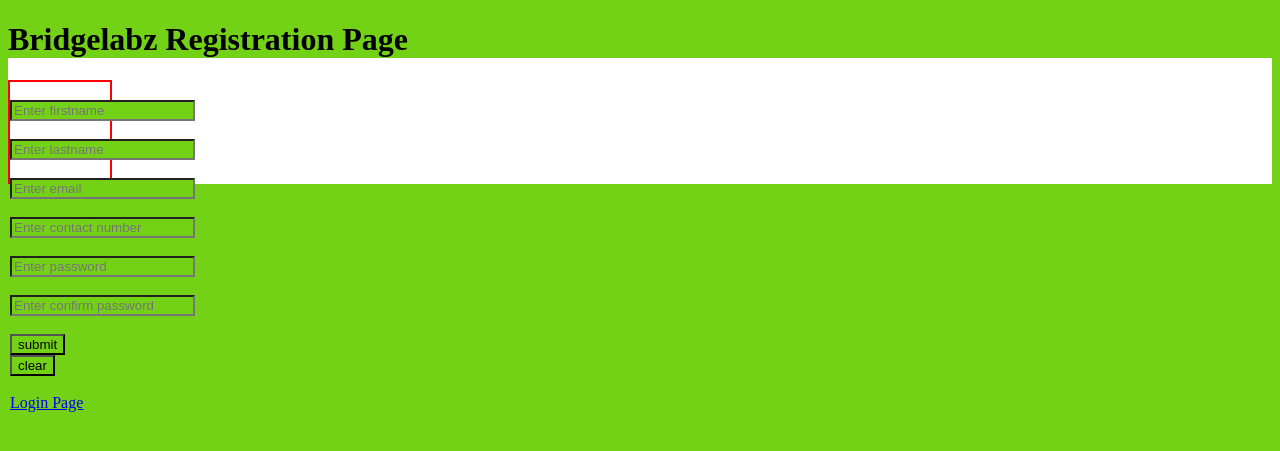
Repository: MarkFernandes11/Advanced-Java
Page: http://localhost/Login/register.jsp
An editor plug-in stored every save of this project. The page is shown before and after the next save, followed by the edit.
The browser window is 1280 px wide. The pictures show the whole page.
The page is served by Tomcat 9.

Above is the page before, as saved 2019-09-26 05:14:16.

After the next save:
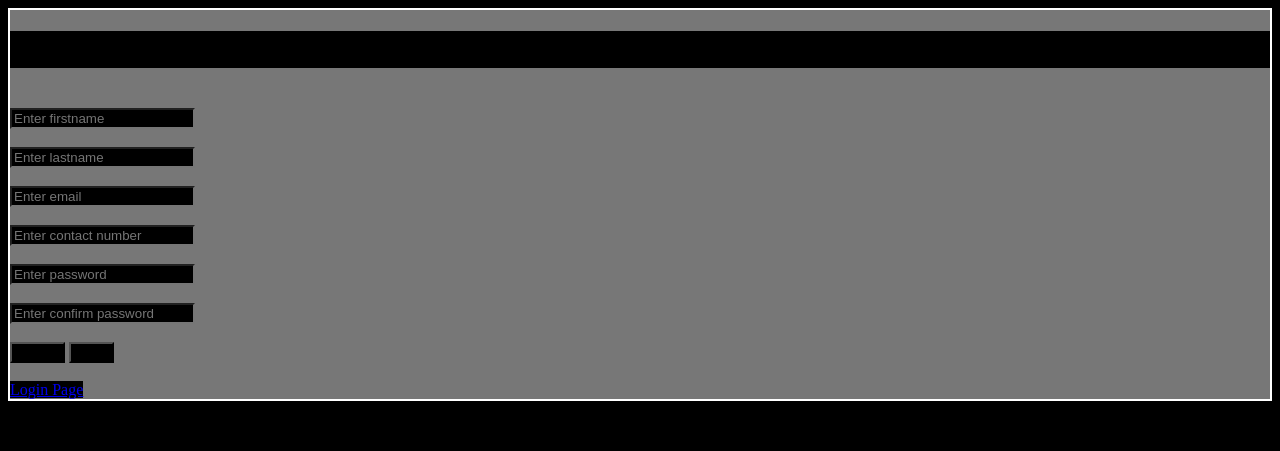
Saved 2 min 10 s later.
--- a/Login/WebContent/stylesheet.css
+++ b/Login/WebContent/stylesheet.css
@@ -1,16 +1,18 @@
 @charset "UTF-8";
 
 *{
-	background-color: #73d216;
+	background-color: #000;
 }
 
 body{
-	background-color: #fff;
+	border: 2px solid #fff;
+	background-color: #777;
 }
 
 form{
-	background-color: #fff;
-	border: 2px solid #f00;
-	width: 100px;
-	height: 100px;
+	background-color: #777;
 }
+
+header{
+	background-color: #f00;
+}
